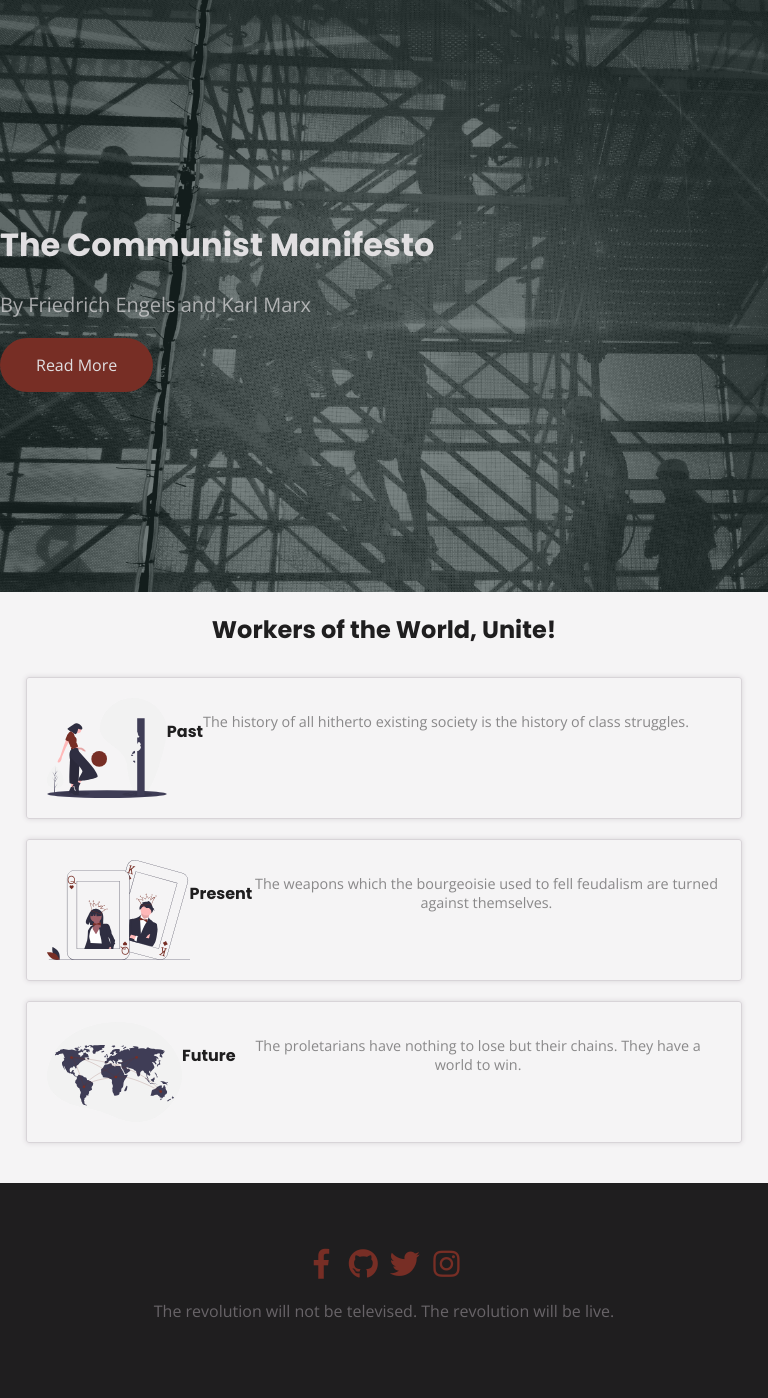
Repository: eaang/landing
Page: index.html
An editor plug-in stored every save of this project. The page is shown before and after the next save, followed by the edit.
The browser window is 768 px wide. The pictures show the whole page.
Some web libraries are served in a nearby version.

Above is the page before, as saved 2020-06-10 17:01:54.

### index.html
<!DOCTYPE html>
<html>
  <head>
    <meta charset="UTF-8" />
    <title>The Communist Manifesto</title>
    <link rel="shortcut icon" href="data:[embedded picture, 18 characters]" type="image/x-icon" />
    <!-- We need this line below for responsiveness! -->
    <meta name="viewport" content="width=device-width, initial-scale=1" />
    <link rel="stylesheet" href="css/style.css" />
  </head>
  <body>
    <!-- code a Hero / Banner section -->
    <div class="banner">
      <div class="container">
        <h1>The Communist Manifesto</h1>
        <p>By Friedrich Engels and Karl Marx</p>
        <a class="btn-primary" href="#">Read More</a>
      </div>
    </div>
    <!-- code a "How it works" section -->
    <div class="container">
      <h2 class="text-center">Workers of the World, Unite!</h2>
      <div class="cards">
        <div class="card">
          <img src="images/struggle.svg" alt="" />
          <h4>Past</h4>
          <p>
            The history of all hitherto existing society is the history of class
            struggles.
          </p>
        </div>

        <div class="card">
          <img src="images/feudal.svg" alt="" />
          <h4>Present</h4>
          <p>
            The weapons which the bourgeoisie used to fell feudalism are turned
            against themselves.
          </p>
        </div>

        <div class="card">
          <img src="images/future.svg" alt="" />
          <h4>Future</h4>
          <p>
            The proletarians have nothing to lose but their chains. They have a
            world to win.
          </p>
        </div>
      </div>
    </div>
    <!-- code a footer -->
    <div class="footer">
      <div class="links">
        <a href="#"><i class="fab fa-fw fa-facebook-f"></i></a>
        <a href="#"><i class="fab fa-fw fa-github"></i></a>
        <a href="#"><i class="fab fa-fw fa-twitter"></i></a>
        <a href="#"><i class="fab fa-fw fa-instagram"></i></a>
        <p>
          The revolution will not be televised. The revolution will be live.
        </p>
      </div>
    </div>
  </body>
</html>

### css/style.css
/* Fonts */
@import url("https://fonts.googleapis.com/css?family=Open+Sans:400,700|Poppins:700");

/* Fontawesome */
@import url("https://use.fontawesome.com/releases/v5.6.3/css/all.css");

/* Utilities */
body {
  margin: 0;
  font-family: Open Sans;
  background-color: #f5f4f5;
  color: #1f1e1f;
}

h1,
h2,
h3,
h4 {
  font-family: Poppins;
}

a {
  text-decoration: none;
}

.text-center {
  text-align: center;
}
/* Custom design below! */
.container {
  max-width: 900px;
  margin: auto;
}

/* Banner design */
.banner:before {
  content: " ";
  display: block;
  position: absolute;
  left: 0;
  top: 0;
  width: 100%;
  height: 100%;
  z-index: 1;
  opacity: 0.4;
  background-image: url("../images/background.jpg");
  background-repeat: no-repeat;
  background-position: 50% 0;
  -ms-background-size: cover;
  -o-background-size: cover;
  -moz-background-size: cover;
  -webkit-background-size: cover;
  background-size: cover;
}
.banner {
  position: relative;
  background: #203130;
  overflow: hidden;
  padding: 200px 0;
}
.banner h1 {
  position: relative;
  z-index: 2;
  color: #e1dfe1;
}
.banner p {
  position: relative;
  z-index: 2;
  color: #e1dfe1;
  opacity: 0.7;
  font-size: 20px;
}
.btn-primary {
  position: relative;
  z-index: 2;
  display: inline-block;
  background-color: #772e25;
  padding: 16px 36px;
  border-radius: 50px;
  color: #e1dfe1;
}

/* Cards design */
.cards {
  flex-wrap: wrap;
  display: flex;
  justify-content: space-between;
  margin-bottom: 30px;
}
.card {
  max-width: 200px;
  border-radius: 3px;
  box-shadow: 0 0 5px rgb(216, 212, 216);
  text-align: center;
  padding: 20px;
  border: 1px solid rgb(216, 212, 216);
}
.card img {
  height: 100px;
}
.card p {
  opacity: 0.5;
  font-size: 0.9em;
}

/* Footer design */
.footer {
  text-align: center;
  padding: 60px;
  background-color: #1f1e1f;
}
.footer a {
  font-size: 30px;
  color: #772e25;
}
.footer p {
  color: #686468;
}

/* Media Queries */

@media only screen and (max-width: 1000px) {
  .cards {
    padding: 0px 10px 0px 10px;
  }
  .card {
    margin: 0 10px;
  }
}
@media only screen and (max-width: 830px) {
  .cards {
    flex-direction: column;
  }
  .card {
    min-width: 90%;
    margin: 10px auto;
    display: flex;
  }
}

After the next save:
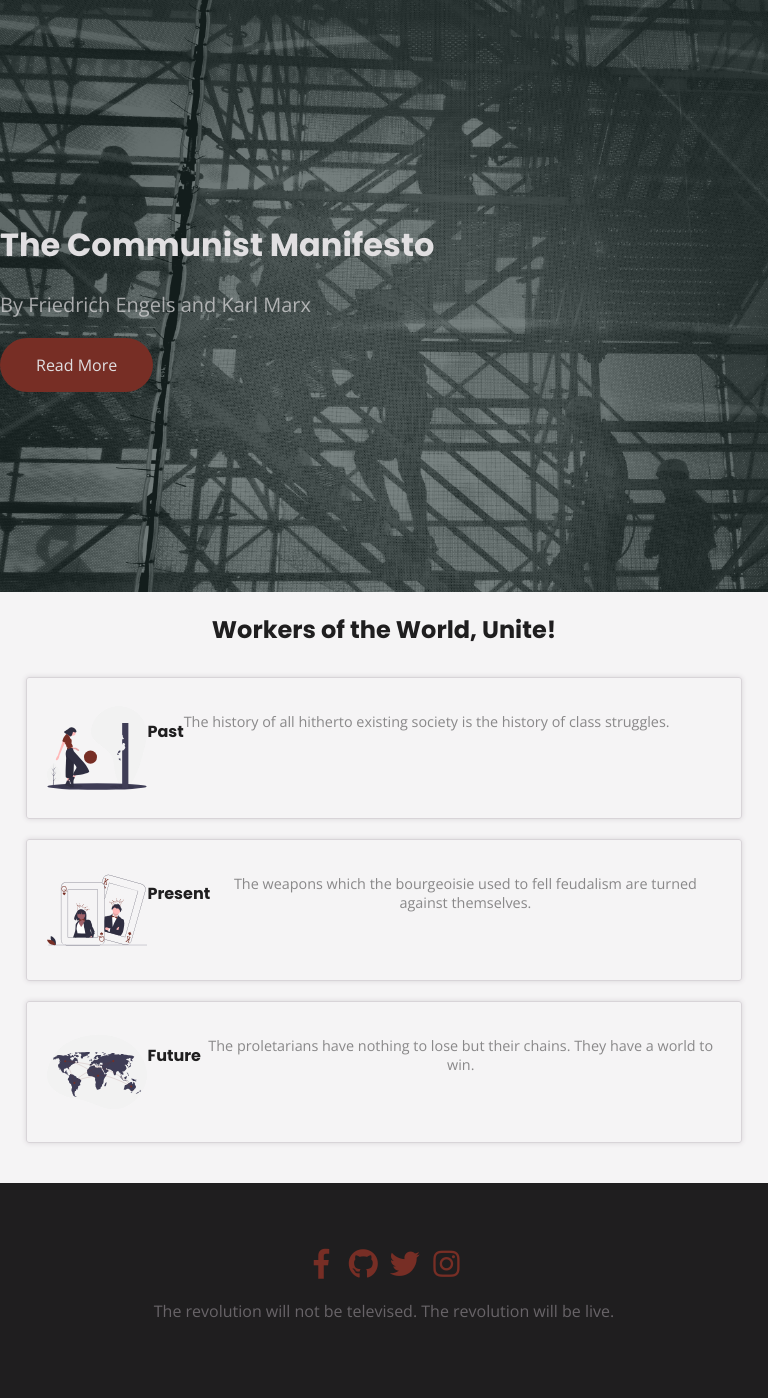
Saved 24 s later.
--- a/css/style.css
+++ b/css/style.css
@@ -136,4 +136,7 @@ a {
     margin: 10px auto;
     display: flex;
   }
+  .card img {
+    width: 100px;
+  }
 }
